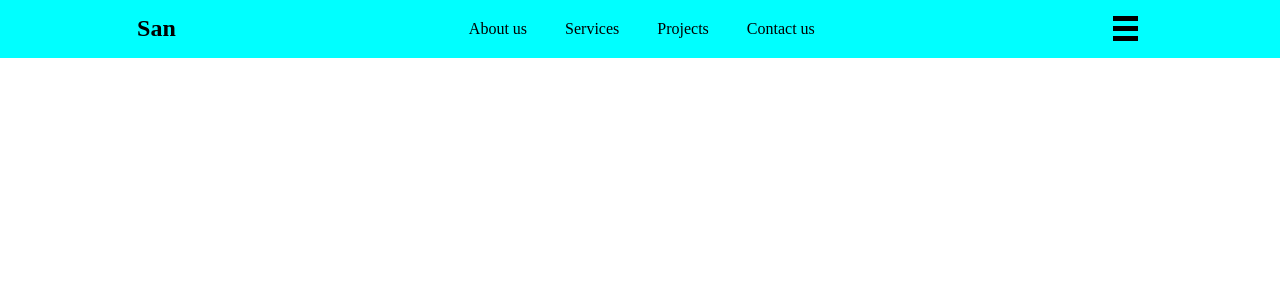
Repository: Meylis7/Sanly-Merkez-Web
Page: main.html
The author's editor kept a copy of each file at every save. The page is drawn from the files as they stood at one save, then again after the next save.
The browser window is 1280 px wide. The pictures show the whole page.

Above is the page before, as saved 2022-04-24 13:44:10.

### main.html
<!DOCTYPE html>
<html lang="en">
<head>
    <meta charset="UTF-8">
    <meta http-equiv="X-UA-Compatible" content="IE=edge">
    <meta name="viewport" content="width=device-width, initial-scale=1.0">
    <link rel="stylesheet" href="./css/main.css">
    <title>Sanly merkez</title>
</head>
<body>
    <nav>
        <div class="logo">
            <h1>San</h1>
        </div>
        <ul class="nav-links">
            <li><a href="#">About us</a></li>
            <li><a href="#">Services</a></li>
            <li><a href="#">Projects</a></li>
            <li><a href="#">Contact us</a></li>
        </ul>
        <div class="burger">
            <div class="line1"></div>
            <div class="line2"></div>
            <div class="line3"></div>
        </div>
    </nav>

</body>
</html>

### css/main.css
*{
    margin: 0;
    padding: 0;
    box-sizing: border-box;
}
nav{
    display: flex;
    justify-content: space-around;
    align-items: center;
    min-height: 8vh;
    background-color: aqua;
}
.logo{
    color: #000;
}
.nav-links{
    display: flex;
    justify-content: space-around;
    width: 30%;
}
.nav-links li{
    list-style: none;
}
.nav-links a{
    color: #000;
    text-decoration: none;
}
.burger div{
    width: 25px;
    height: 5px;
    background-color: #000;
    margin: 5px;
}

After the next save:
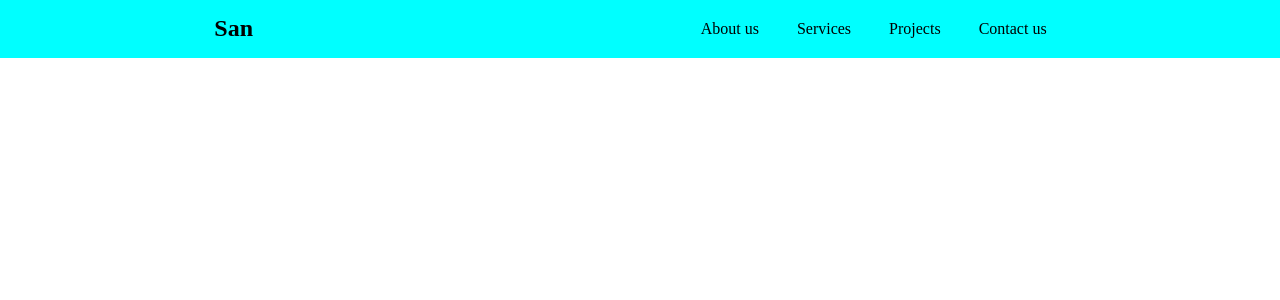
Saved 19 s later.
--- a/css/main.css
+++ b/css/main.css
@@ -25,6 +25,9 @@ nav{
     color: #000;
     text-decoration: none;
 }
+.burger{
+    display: none;
+}
 .burger div{
     width: 25px;
     height: 5px;
